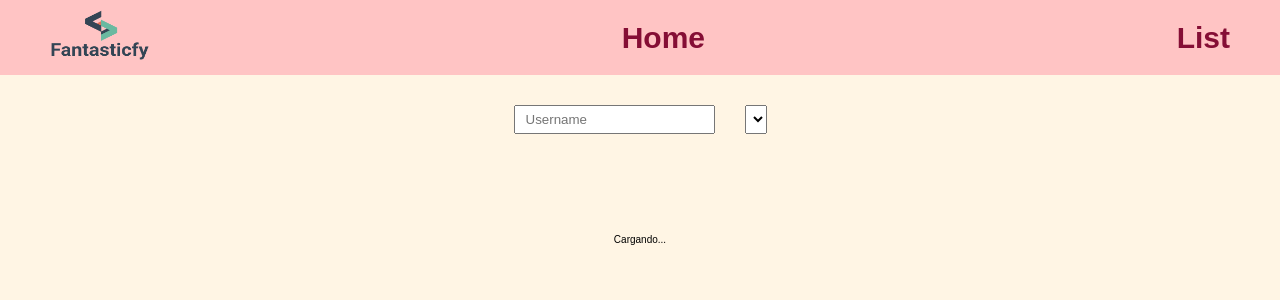
Repository: ChristianGecchelin/fullstack-react-node-fantasticfy
Page: /user-list (app in front/)
These files come from the project's save history. The page is drawn as it stood at one moment and after the next save; the edit follows.
The browser window is 1280 px wide. The pictures show the whole page.
The page's requests for data from a server got no answer. The project was rebuilt for these pictures with package versions that can differ from the ones it lists, and the page was loaded fresh each time. No one was signed in, and anything a server would have sent is missing. Also part of the build but not shown: front/src/Components/UserCard/index.css, front/src/Components/UserCard/index.jsx, front/src/Pages/UserProfile.jsx, front/src/App.css.

Above is the page before, as saved 2022-09-05 18:06:34.

After the next save:
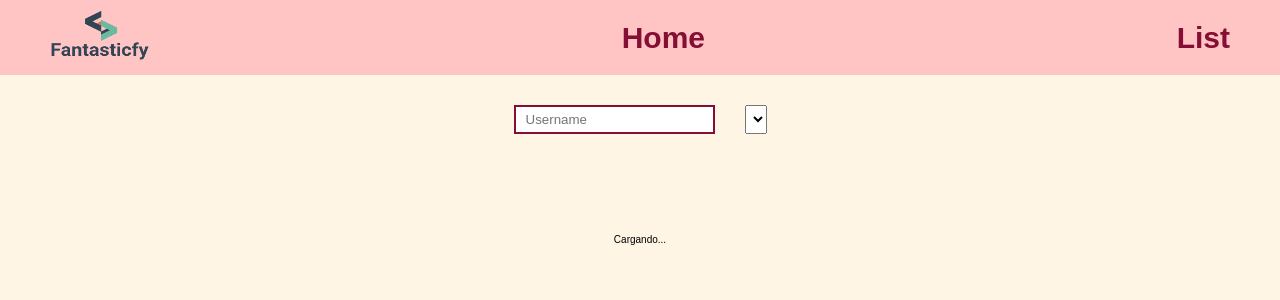
Saved 15 s later.
--- a/front/src/Pages/index.css
+++ b/front/src/Pages/index.css
@@ -17,6 +17,7 @@
 }
 .container--search-bar input{
     padding: 5px 10px;
+    border:2px solid var(--fourth-color)
 }
 
 .card-list{
